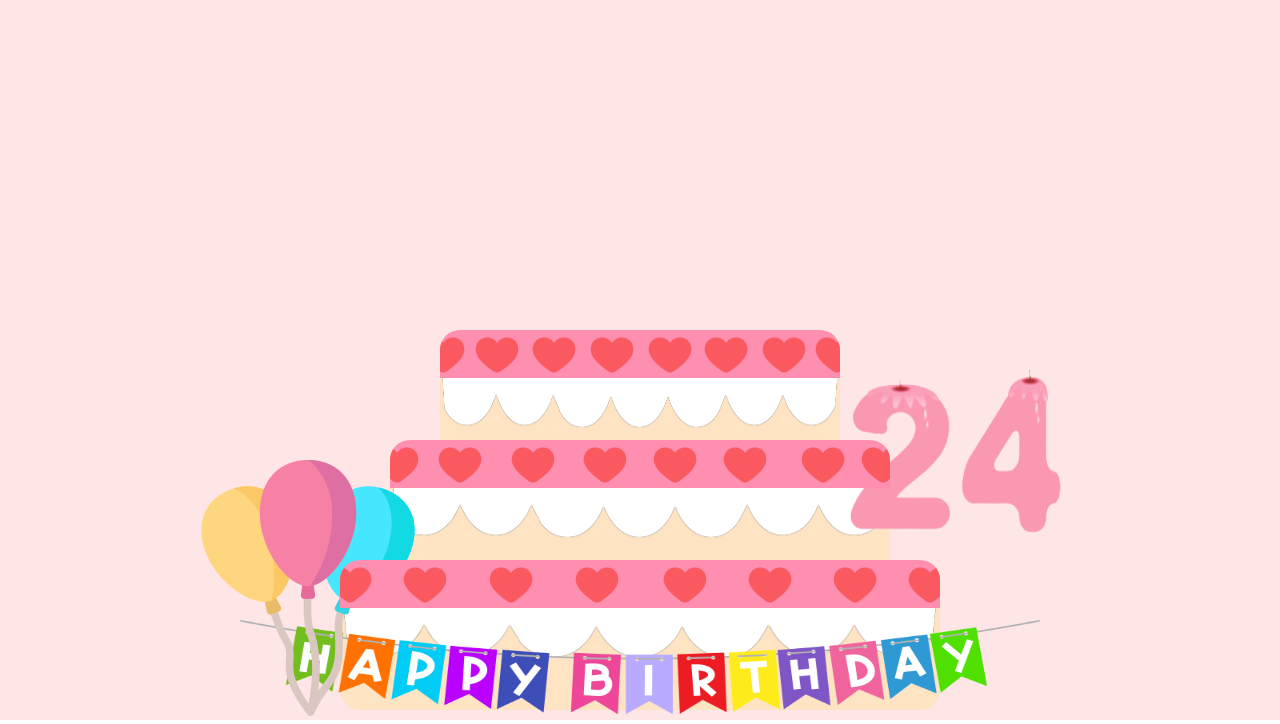
Repository: iphoneboy46/happybirthday
Page: index.html
The author's editor kept a copy of each file at every save. The page is drawn from the files as they stood at one save, then again after a run of saves.
The browser window is 1280 px wide. The pictures show the whole page.

Above is the page before, as saved 2022-11-28 18:12:24.

### index.html
<!DOCTYPE html>
<html lang="en">
  <head>
    <meta charset="UTF-8" />
    <meta http-equiv="X-UA-Compatible" content="IE=edge" />
    <meta name="viewport" content="width=device-width, initial-scale=1.0" />
    <title>Happy Birthday</title>
    <link rel="stylesheet" href="style.css" />
  </head>
  <body>
    <div class="container">
      <div class="cake">
        <div class="top--cake">
          <div class="img-wavy">
            <img src="image/img1.png" alt="" />
          </div>

          <div class="img-heart-1--top">
            <img src="image/heart.png" alt="" />
          </div>
          <div class="img-heart-2--top">
            <img src="image/heart.png" alt="" />
          </div>
          <div class="img-heart-3--top">
            <img src="image/heart.png" alt="" />
          </div>
          <div class="img-heart-4--top">
            <img src="image/heart.png" alt="" />
          </div>
          <div class="img-heart-5--top">
            <img src="image/heart.png" alt="" />
          </div>
          <div class="img-heart-6--top">
            <img src="image/heart.png" alt="" />
          </div>
          <div class="img-heart-7--top">
            <img src="image/heart.png" alt="" />
          </div>
          <div class="img-heart-8--top">
            <img src="image/heart.png" alt="" />
          </div>

          <div class="border-cake"></div>
        </div>
        <div class="center--cake">
          <div class="img-wavy">
            <img src="image/img1.png" alt="" />
          </div>
          <div class="img-heart-1--center">
            <img src="image/heart.png" alt="" />
          </div>
          <div class="img-heart-2--center">
            <img src="image/heart.png" alt="" />
          </div>
          <div class="img-heart-3--center">
            <img src="image/heart.png" alt="" />
          </div>
          <div class="img-heart-4--center">
            <img src="image/heart.png" alt="" />
          </div>
          <div class="img-heart-5--center">
            <img src="image/heart.png" alt="" />
          </div>
          <div class="img-heart-6--center">
            <img src="image/heart.png" alt="" />
          </div>
          <div class="img-heart-7--center">
            <img src="image/heart.png" alt="" />
          </div>
          <div class="img-heart-8--center">
            <img src="image/heart.png" alt="" />
          </div>

          <div class="border-cake"></div>
        </div>
        <div class="bottom--cake">
          <div class="img-wavy">
            <img src="image/img1.png" alt="" />
          </div>

          <div class="img-heart-1">
            <img src="image/heart.png" alt="" />
          </div>
          <div class="img-heart-2">
            <img src="image/heart.png" alt="" />
          </div>
          <div class="img-heart-3">
            <img src="image/heart.png" alt="" />
          </div>
          <div class="img-heart-4">
            <img src="image/heart.png" alt="" />
          </div>
          <div class="img-heart-5">
            <img src="image/heart.png" alt="" />
          </div>
          <div class="img-heart-6">
            <img src="image/heart.png" alt="" />
          </div>
          <div class="img-heart-7">
            <img src="image/heart.png" alt="" />
          </div>
          <div class="img-heart-8">
            <img src="image/heart.png" alt="" />
          </div>

          <div class="border-cake"></div>
        </div>
        <div class="number2">
            <img src="image/number2png.png" alt="">
        </div>
        <div class="number4">
            <img src="image/number4.png" alt="">
        </div>
      </div>

          <div class="text-hbbd">
            <img src="image/hbbdpng.png" alt="">
          </div>
          <div class="bongbong1">
            <img src="image/balloon.png" alt="">
          </div>

    </div>
  </body>
</html>

### style.css
*{
    padding: 0;
    margin: 0;
    box-sizing: border-box;
}

.container{
   width: 100%;
    background-color: #FFE6E6;
   height: 100vh;
   display: flex;
   justify-content: center;
   align-items: flex-end;
}

.cake{
    display: flex;
    flex-direction: column;
    justify-content:center;
    align-items:center
}


.top--cake{
    position: relative;
    overflow: hidden;
    width: 400px;
    height:110px;
    background-color: bisque;
    border-top-left-radius:20px;
    border-top-right-radius:20px;

}



.center--cake{
    position: relative;
    overflow: hidden;
    width: 500px;
    height:120px;
    background-color: bisque;
    border-top-left-radius:20px;
    border-top-right-radius:20px;

}


.bottom--cake{
    position: relative;
    overflow: hidden;
    width: 600px;
    height:150px;
    background-color: bisque;
    border-radius:20px;
    margin-bottom: 10px;
}



.img-wavy{
    width: 100%;
    height: 100px;
}

.img-wavy img{
    width: 100%;
    height: 100%;
}

.img-heart-1{
    z-index: 3;
    position: absolute;
    top: 0px;
    left: -15px;
    width:50px;
    height:50px;
}


.img-heart-1 img{
    width: 100%;
    height: 100%;
}

.img-heart-2{
    z-index: 3;
    position: absolute;
    top: 0px;
    left: 60px;
    width:50px;
    height:50px;
}


.img-heart-2 img{
    width: 100%;
    height: 100%;
}


.img-heart-3{
    z-index: 3;
    position: absolute;
    top: 0px;
    left: 146px;
    width:50px;
    height:50px;
}


.img-heart-3 img{
    width: 100%;
    height: 100%;
}

.img-heart-4{
    z-index: 3;
    position: absolute;
    top: 0px;
    left: 232px;
    width:50px;
    height:50px;
}


.img-heart-4 img{
    width: 100%;
    height: 100%;
}

.img-heart-5{
    z-index: 3;
    position: absolute;
    top: 0px;
    left: 320px;
    width:50px;
    height:50px;
}


.img-heart-5 img{
    width: 100%;
    height: 100%;
}

.img-heart-6{
    z-index: 3;
    position: absolute;
    top: 0px;
    left: 405px;
    width:50px;
    height:50px;
}


.img-heart-6 img{
    width: 100%;
    height: 100%;
}

.img-heart-7{
    z-index: 3;
    position: absolute;
    top: 0px;
    left: 490px;
    width:50px;
    height:50px;
}


.img-heart-7 img{
    width: 100%;
    height: 100%;
}

.img-heart-8{
    z-index: 3;
    position: absolute;
    top: 0px;
    right: -15px;
    width:50px;
    height:50px;
}


.img-heart-8 img{
    width: 100%;
    height: 100%;
}



.border-cake{
    z-index: 2;
    position: absolute;
    top: 0;
    width: 100%;
    height: 48px;
    background-color: #FF8FB1;
}


.img-heart-1--center{
    z-index: 3;
    position: absolute;
    top: 0px;
    left: -18px;
    width:50px;
    height:50px;
}


.img-heart-1--center img{
    width: 100%;
    height: 100%;
}

.img-heart-2--center{
    z-index: 3;
    position: absolute;
    top: 0px;
    left: 45px;
    width:50px;
    height:50px;
}


.img-heart-2--center img{
    width: 100%;
    height: 100%;
}


.img-heart-3--center{
    z-index: 3;
    position: absolute;
    top: 0px;
    left: 118px;
    width:50px;
    height:50px;
}


.img-heart-3--center img{
    width: 100%;
    height: 100%;
}

.img-heart-4--center{
    z-index: 3;
    position: absolute;
    top: 0px;
    left: 190px;
    width:50px;
    height:50px;
}


.img-heart-4--center img{
    width: 100%;
    height: 100%;
}

.img-heart-5--center{
    z-index: 3;
    position: absolute;
    top: 0px;
    left: 260px;
    width:50px;
    height:50px;
}


.img-heart-5--center img{
    width: 100%;
    height: 100%;
}

.img-heart-6--center{
    z-index: 3;
    position: absolute;
    top: 0px;
    left: 330px;
    width:50px;
    height:50px;
}


.img-heart-6--center img{
    width: 100%;
    height: 100%;
}

.img-heart-7--center{
    z-index: 3;
    position: absolute;
    top: 0px;
    left: 408px;
    width:50px;
    height:50px;
}


.img-heart-7--center img{
    width: 100%;
    height: 100%;
}

.img-heart-8--center{
    z-index: 3;
    position: absolute;
    top: 0px;
    right: -18px;
    width:50px;
    height:50px;
}


.img-heart-8--center img{
    width: 100%;
    height: 100%;
}


.img-heart-1--top{
    z-index: 3;
    position: absolute;
    top: 0px;
    left: -22px;
    width:50px;
    height:50px;
}


.img-heart-1--top img{
    width: 100%;
    height: 100%;
}

.img-heart-2--top{
    z-index: 3;
    position: absolute;
    top: 0px;
    left: 32px;
    width:50px;
    height:50px;
}


.img-heart-2--top img{
    width: 100%;
    height: 100%;
}


.img-heart-3--top{
    z-index: 3;
    position: absolute;
    top: 0px;
    left: 89px;
    width:50px;
    height:50px;
}


.img-heart-3--top img{
    width: 100%;
    height: 100%;
}

.img-heart-4--top{
    z-index: 3;
    position: absolute;
    top: 0px;
    left: 147px;
    width:50px;
    height:50px;
}


.img-heart-4--top img{
    width: 100%;
    height: 100%;
}

.img-heart-5--top{
    z-index: 3;
    position: absolute;
    top: 0px;
    left: 205px;
    width:50px;
    height:50px;
}


.img-heart-5--top img{
    width: 100%;
    height: 100%;
}

.img-heart-6--top{
    z-index: 3;
    position: absolute;
    top: 0px;
    left: 261px;
    width:50px;
    height:50px;
}


.img-heart-6--top img{
    width: 100%;
    height: 100%;
}

.img-heart-7--top{
    z-index: 3;
    position: absolute;
    top: 0px;
    left: 319px;
    width:50px;
    height:50px;
}


.img-heart-7--top img{
    width: 100%;
    height: 100%;
}

.img-heart-8--top{
    z-index: 3;
    position: absolute;
    top: 0px;
    right: -22px;
    width:50px;
    height:50px;
}


.img-heart-8--top img{
    width: 100%;
    height: 100%;
}

.number2{
    position: absolute;
    width: 100px;
    height: 150px;
    top: 380px;
    left: 850px;
}

.number2 img{
    width: 100%;
    height: 100%;
}

.number4{
    position: absolute;
    width: 140px;
    height: 180px;
    top: 370px;
    left: 950px;
}

.number4 img{
    width: 100%;
    height: 100%;
}


.text-hbbd{
    position: absolute;
    width: 800px;
    height: 100px;
}

.text-hbbd img{
    width: 100%;
    height: 100%;
}

.bongbong1{
    position: absolute;
    left:180px;

}

After the next 4 saves:
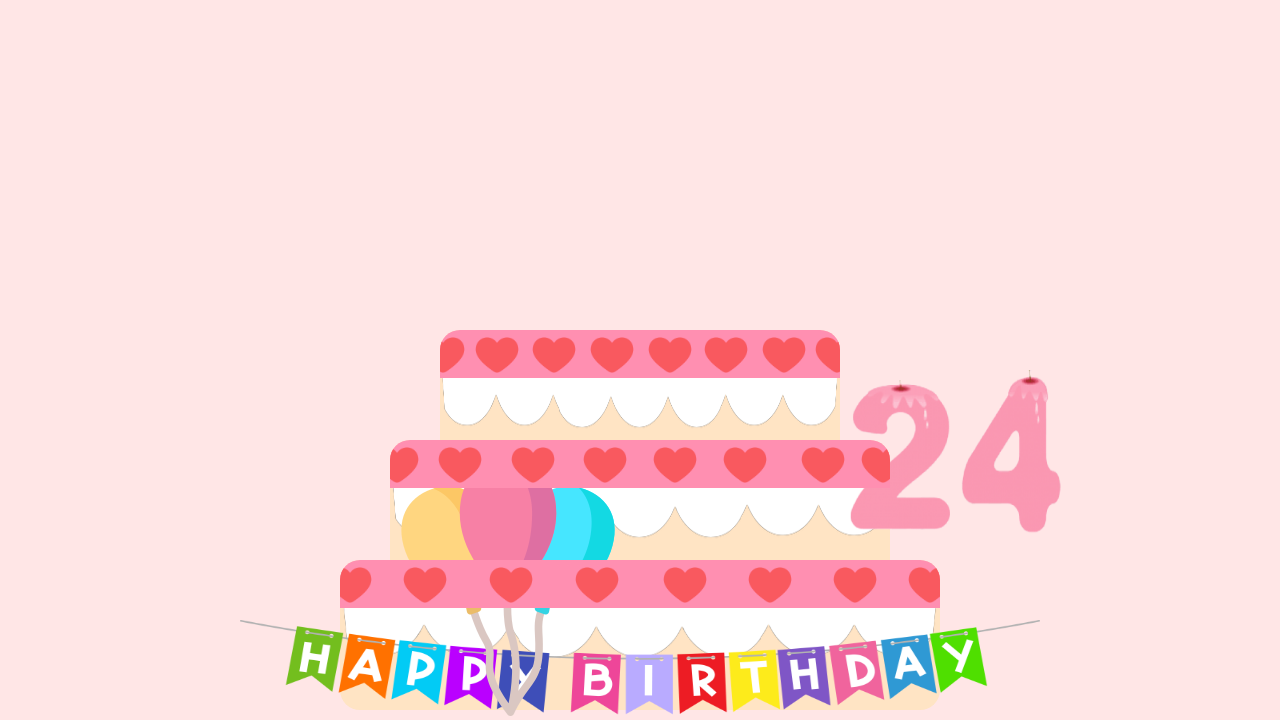
The 4 saves are shown as one change because they came seconds apart.
The last was saved 12 s later.
--- a/style.css
+++ b/style.css
@@ -484,6 +484,6 @@
 
 .bongbong1{
     position: absolute;
-    left:180px;
-
-}
+    left:380px;
+
+}
